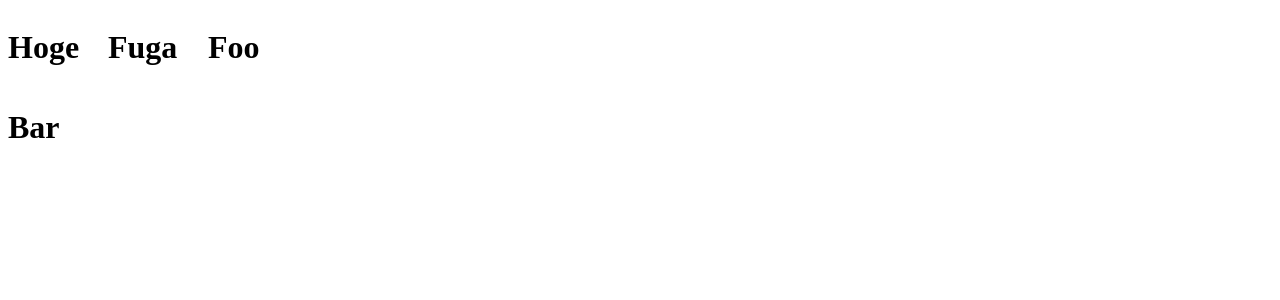
Repository: holly0324/samurai_HTML-CSS
Page: test.html
The author's editor kept a record of every edit. The page is drawn from the files as they stood at one moment, then again after the next edit.
The browser window is 1280 px wide. The pictures show the whole page.

Above is the page before.

After the next edit:
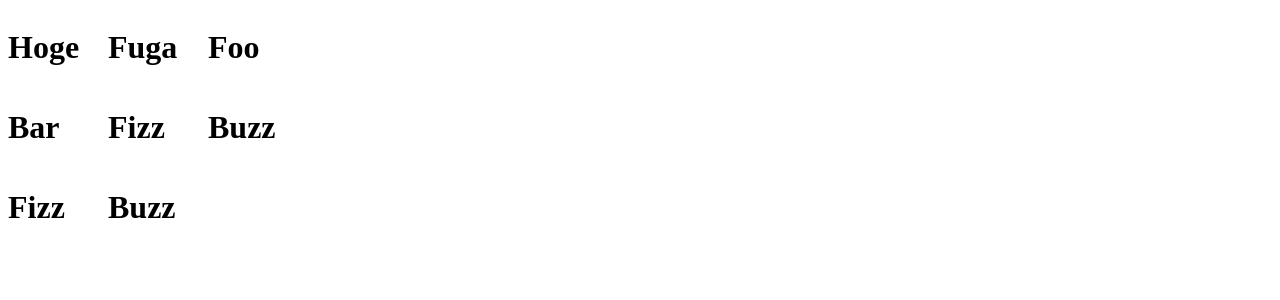
The edit:
--- a/test.html
+++ b/test.html
@@ -13,6 +13,10 @@
             <h1>Fuga</h1>
             <h1>Foo</h1>
             <h1>Bar</h1>
+            <h1>Fizz</h1>
+            <h1>Buzz</h1>
+            <h1>Fizz</h1>
+            <h1>Buzz</h1>
         </div>
     </body>
 </html>
